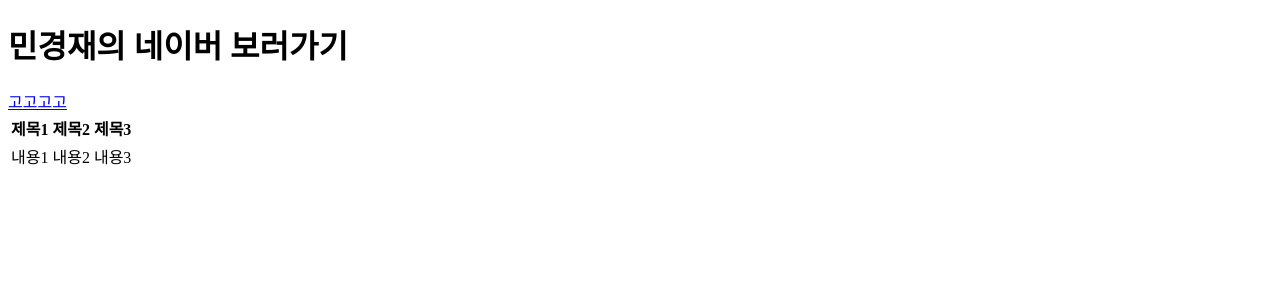
Repository: jiwon-likelion/jiwon-likelion.github.io
Page: HTML/index2.html
The author's editor kept a record of every edit. The page is drawn from the files as they stood at one moment, then again after the next edit.
The browser window is 1280 px wide. The pictures show the whole page.

Above is the page before.

### HTML/index2.html
<!Doctype html>
<html>
    <meta charset="UTF-8">
    <head>
        <title>직장인 멋쟁이 사자처럼 1기</title>
    </head>
    <body>
        <h1>민경재의 네이버 보러가기</h1>
        <a target="_blank" href="./index.html">고고고고</a>

    <table>
        <tr>
            <th>제목1</th>
            <th>제목2</th>
            <th>제목3</th>
        </tr>
        <tr>
            <td>내용1</td>
            <td>내용2</td>
            <td>내용3</td>
        </tr>
    </table>
    </body>

</html>

After the next edit:
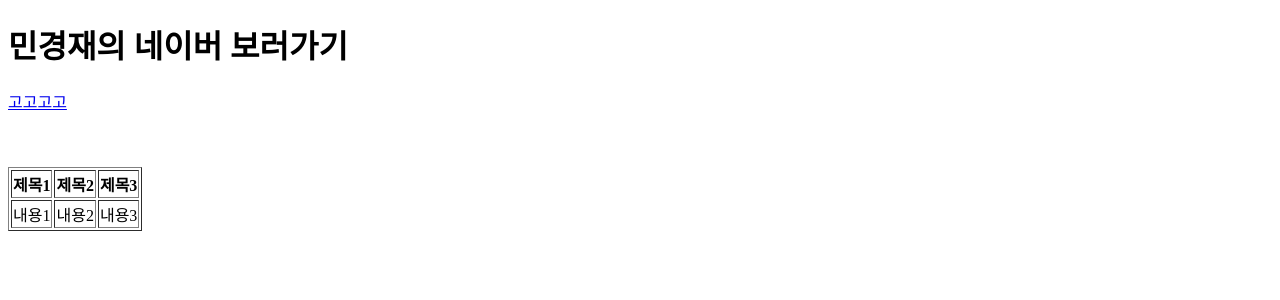
The edit:
--- a/HTML/index2.html
+++ b/HTML/index2.html
@@ -7,8 +7,11 @@
     <body>
         <h1>민경재의 네이버 보러가기</h1>
         <a target="_blank" href="./index.html">고고고고</a>
-
-    <table>
+    <br>
+    <br>
+    <br>
+    <br>
+    <table border="1">
         <tr>
             <th>제목1</th>
             <th>제목2</th>
